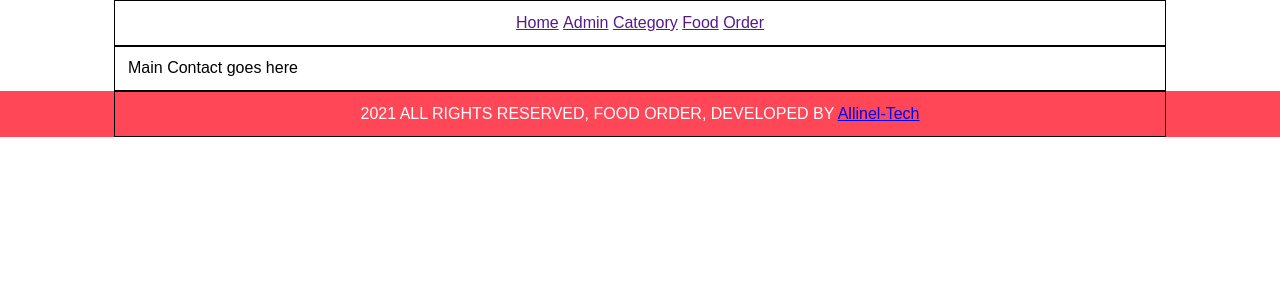
Repository: yazshrilld/food_order
Page: http://localhost/admin/index.php
An editor plug-in stored every save of this project. The page is shown before and after a run of saves, followed by the edit.
The browser window is 1280 px wide. The pictures show the whole page.
The page is run by PHP 8.4 with error messages shown; the project is at /var/www/html/.

Above is the page before, as saved 2021-01-24 16:16:59.

### admin/index.php
    <html>
    <head>
        <title>Food Order Website - Home Page</title>
        <link rel="stylesheet" href="../css/admin.css">
    </head>
    <body>
        <!-- Menu Section Starts -->
            <div class="menu">
                <div class="wrapper">
                    <ul>
                        <li><a href="">Home</a></li>
                        <li><a href="">Admin</a></li>
                        <li><a href="">Category</a></li>
                        <li><a href="">Food</a></li>
                        <li><a href="">Order</a></li>
                    </ul>
                </div>
            </div>
        <!-- Menu Section Ends -->

        <!-- Main Content Section Starts -->
            <div class="main-content">
                <div class="wrapper">
                    Main Contact goes here
                </div>
            </div>
        <!-- Main Content Section Ends -->

        <!-- Footer Section Starts -->
            <div class="footer">
                <div class="wrapper">
                    <p class="text-center">2021 ALL RIGHTS RESERVED, FOOD ORDER, DEVELOPED BY <a href="#">Allinel-Tech</a></p>
                </div>
            </div>
        <!-- Footer Section Ends -->

    </body>
</html>

### css/admin.css
/*
    Author: Musa Yazid
    Theme: Food Order Website Admin
    Version: 1.0
*/

* {
    margin: 0;
    padding: 0;
    font-family: Arial, Helvetica, sans-serif;
}

.wrapper {
    border: 1px solid black;
    padding: 1%;
    width: 80%;
    margin: 0 auto;
}

.text-center {
    text-align: center;
}
/* CSS for Menu */
.menu {
    text-align: center;
}
.menu ul {
    list-style-type: none;
}
.menu ul li {
    display: inline;
}

/* CSS for footer */
.footer {
    background-color: #ff4757;
    color: white;
}

After the next 5 saves:
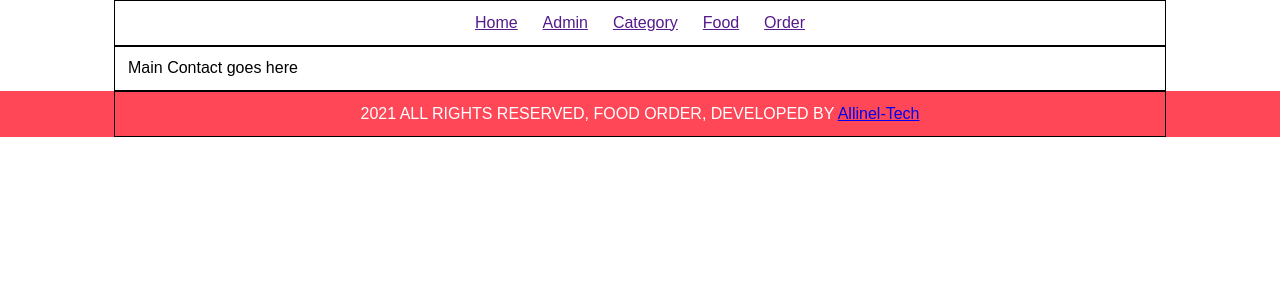
The 5 saves are shown as one change because they came seconds apart.
The last was saved 18 s later.
--- a/css/admin.css
+++ b/css/admin.css
@@ -29,6 +29,7 @@
 }
 .menu ul li {
     display: inline;
+    padding: 1%;
 }
 
 /* CSS for footer */
